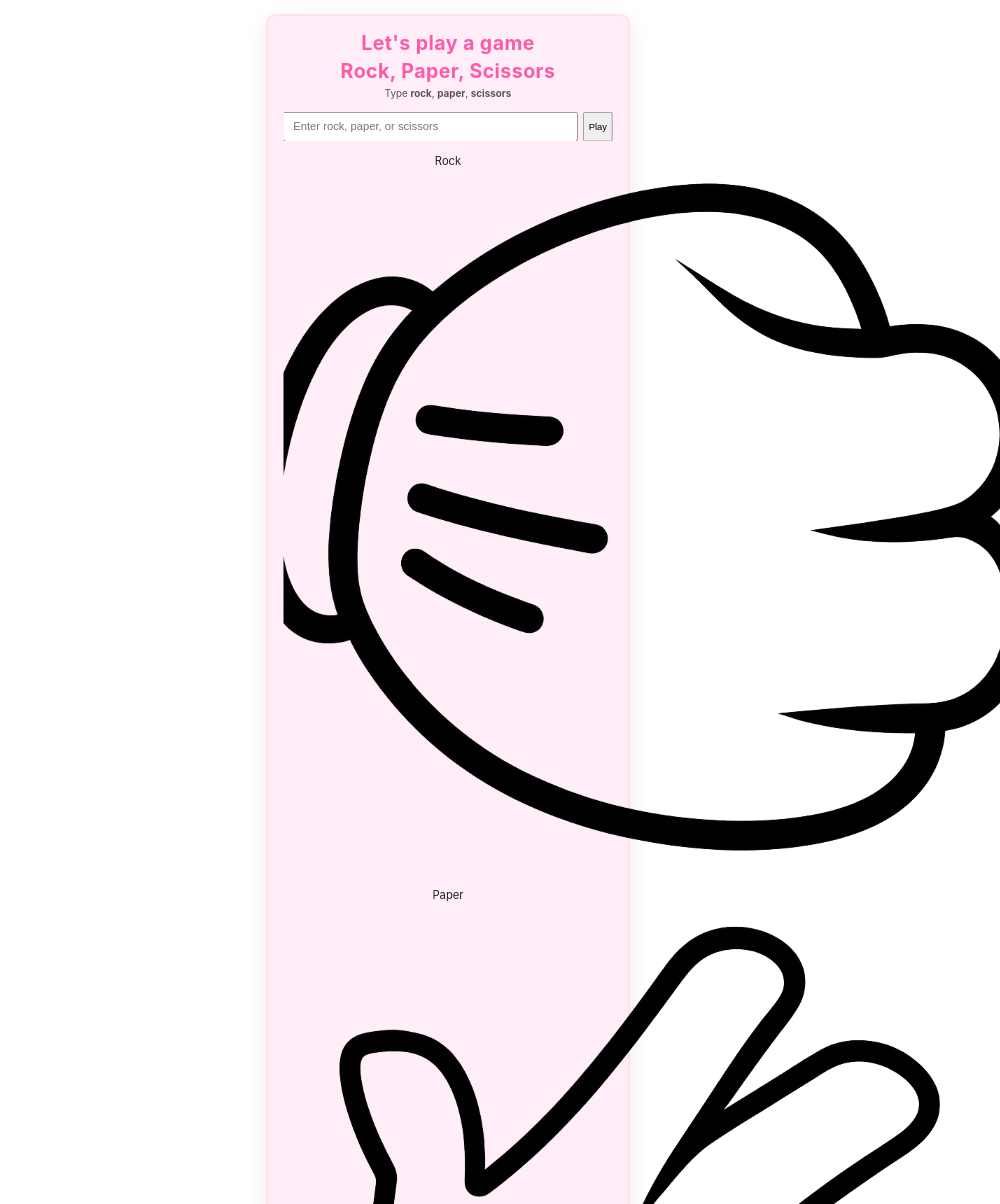
Repository: brittanyramirez/RPS-Game
Page: rps.html
These files come from the project's save history. The page is drawn as it stood at one moment and after a run of saves; the edit follows.
The browser window is 1280 px wide. The page is 1429 px wide, so the pictures cover 1429 px, including what lies to the right of the window. The pictures show the part of the page from y = 0 to 1720 px (the page is 3961 px tall), at 70% of full size.

Above is the page before, as saved 2025-11-14 11:33:28.

### rps.html
<!DOCTYPE html>
<html lang="en">
<head>
    <meta charset="UTF-8">
    <meta name="viewport" content="width=device-width, initial-scale=1.0">
    <link rel="stylesheet" href="rps.css">
    <title>Rock Paper Scissor Game</title>

</head>
<body>
    <!-- This is the main container that holds the whole game-->
    <div class="container">
         <h1 class="title">Let's play a game</h1>
         <h2 class="title">Rock, Paper, Scissors</h2>
         <p class="subtitle"> Type <strong>rock</strong>, <strong>paper</strong>, <strong>scissors</strong></p>
         <!-- this is the input box-->
         <div class="input-row">
            <input id="userInput" type="text" placeholder="Enter rock, paper, or scissors" autocomplete="off">
            <button id="playBtn"> Play</button>
    </div>

    <div class="display">
        <div class="choice-block">
            <div class="label">Rock</div>
            <img id="rps" src="images/rockmickey.png" alt="rock">

     </div>
      <div class="display">
        <div class="choice-block">
            <div class="label">Paper</div>
            <img id="rps" src="images/paperminnie.png" alt="paper">

     </div>
      <div class="display">
        <div class="choice-block">
            <div class="label">Scissors</div>
            <img id="rps" src="images/scissorsminnie.png" alt="scissors">

     </div>

<script src="rps.js"></script>

     <footer>
Thank you for playing our Minnie Mouse themed Rock Paper Scissors.
</footer>
    </body>

</html>

### rps.css
:root{
    --bg: #fff6fb;
    --card: #ffeef8;
    --accent: #ff5aa7;
    --text: #222;
    --muted: #565454;
}
*{box-sizing:border-box}
/* asterisk= universal selector ; applying this to every element on the entire page---- changes how width and height are calculated for all elements. Prevents from elements from accidentally growing bigger
*/

body{
    margin: 0;
    font-family: apple-system, BlinkMacSystemFont, "Segoe UI", Roboto, "Helvetica Neue", Arial;
    background: linear-gradient(180deg,var (--bg), #fff);
    color:var(--text);
    display: flex;
    align-items: center;
    justify-content: center;
    min-height: 100vh;
    padding: 20px;
}

.container{
    width: 100%;
    max-width: 520px;
    background: var(--card);
    border-radius: 14px;
    padding: 22px;
    box-shadow: 0 8px 30px rgba(0,0,0,0.08);
    text-align: center;
    border: 3px solid rgba(255,90,167,0.1);
}
.title{
    margin: 0 0 6px;
    font-size: 28px;
    letter-spacing: 0.6px;
    color:var(--accent);
}

.subtitle{
    margin: 0 0 18px;
    color:var(--muted);
    font-size:14px;
}

.input-row{
    display:flex;
    gap:8px;
    justify-content: center;
    margin-bottom:18px;
}

input#userInput{
    flex:1;
    padding: 10px 12px;
    font-size:16px;
    border-radius: ;
}

Loaded but not shown: rps.js (no copy from this time; the picture is the same without it)

After the next 2 saves:
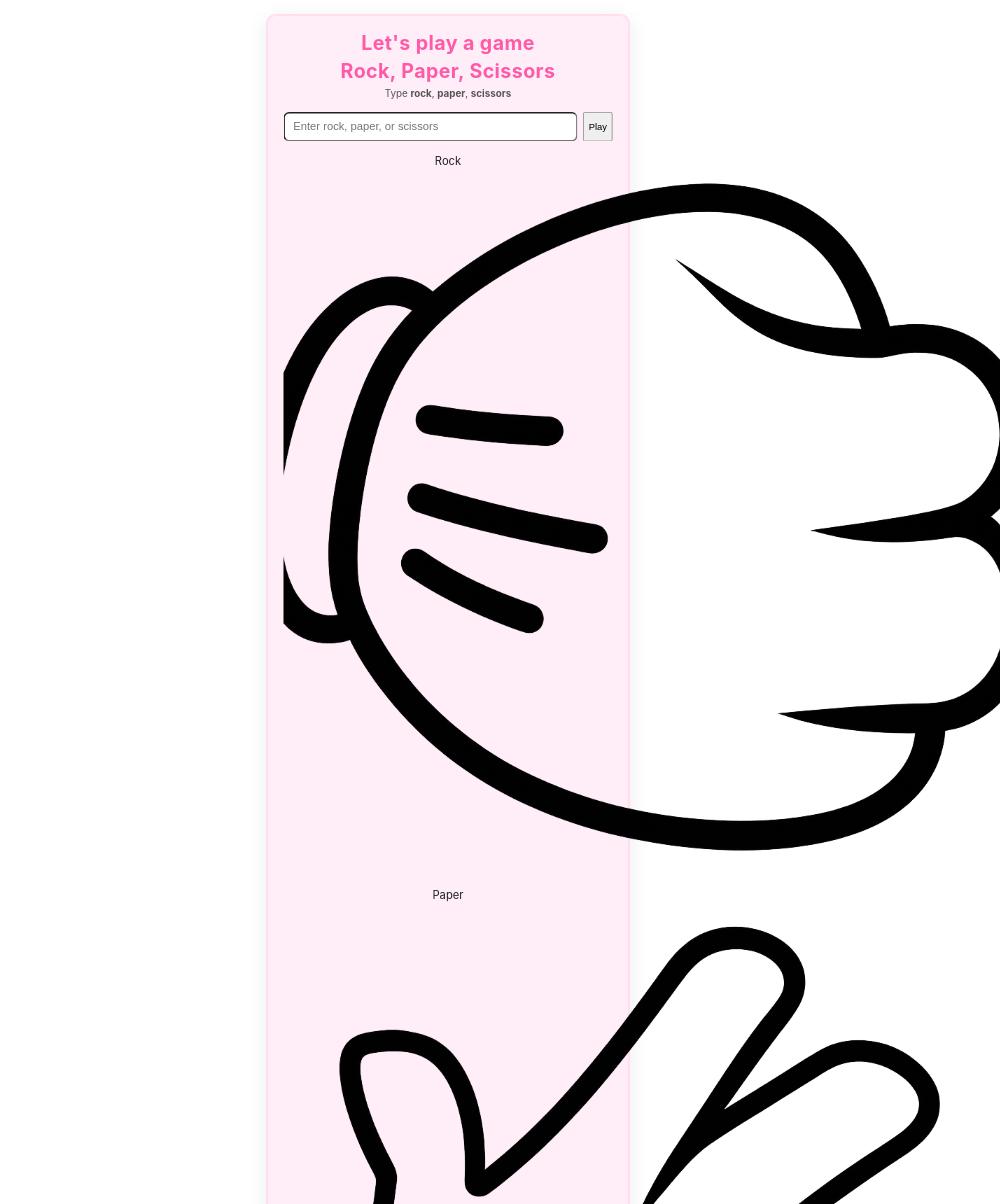
The 2 saves are shown as one change because they came seconds apart.
The last was saved 7 s later.
--- a/rps.css
+++ b/rps.css
@@ -55,5 +55,6 @@
     flex:1;
     padding: 10px 12px;
     font-size:16px;
-    border-radius: ;
+    border-radius: 8px;
+    border
 }
